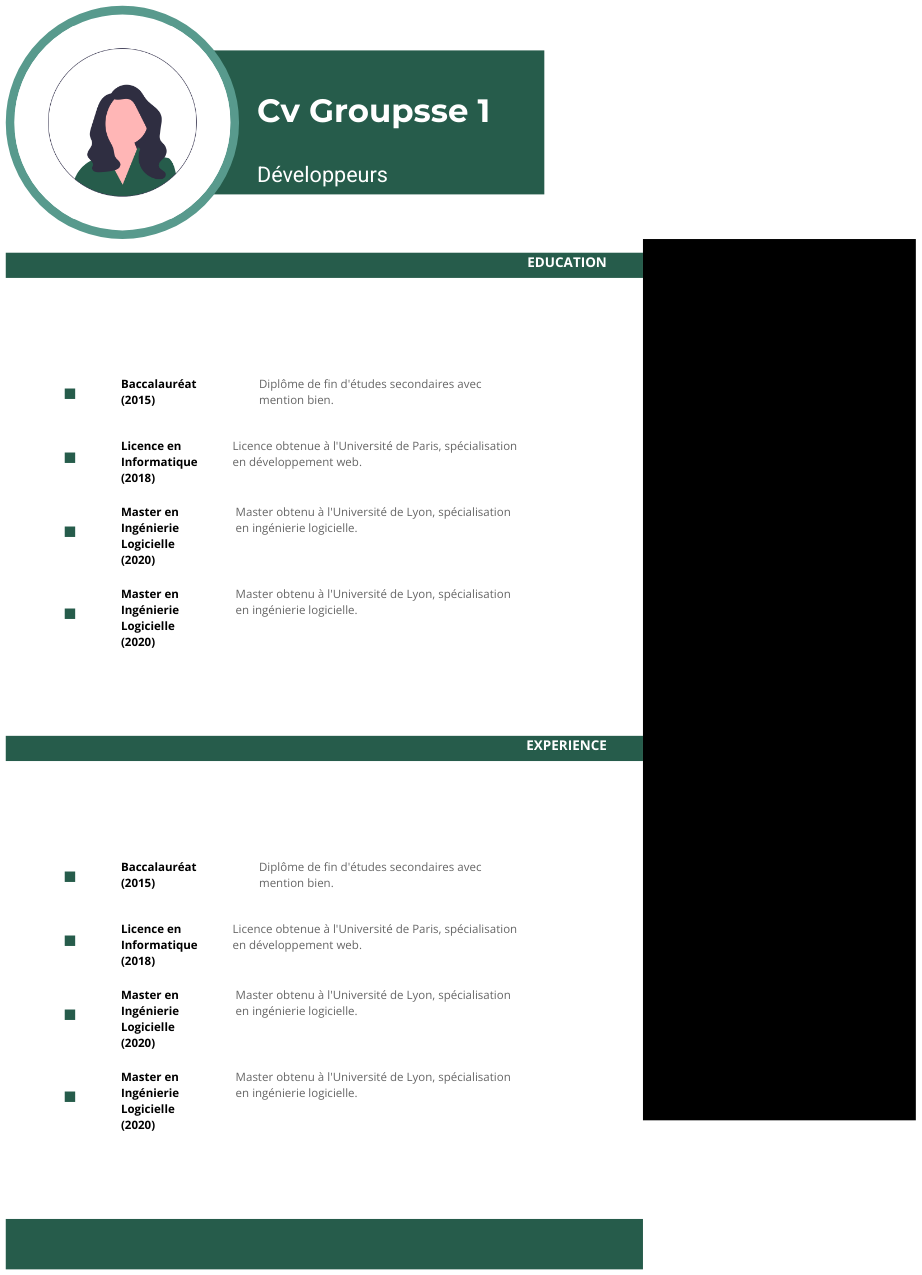
Repository: NdiongueFH/Mon_CV
Page: CV_Groupe1.html
The author's editor kept a copy of each file at every save. The page is drawn from the files as they stood at one save, then again after the next save.
The browser window is 1280 px wide. The pictures show the whole page, at 72% of full size.

Above is the page before, as saved 2024-08-04 17:01:02.

### CV_Groupe1.html
<!DOCTYPE html>
<html lang="fr">
<head>
    <meta charset="UTF-8">
    <meta name="viewport" content="width=device-width, initial-scale=1.0">
    <!--Intégration de police d'écriture via un lien web-->
    <link href="https://fonts.googleapis.com/css2?family=Montserrat:wght@400;700&family=Open+Sans:wght@400;700&family=Roboto:wght@400;500&display=swap" rel="stylesheet">
    <!--Intégration de notre lien CSS-->
    <link rel="stylesheet" href="CV_Groupe1.css">
    <title>MON CV</title>

</head>
<body>
    <!--section principale-->
    <section id="principal">

        <!--Début Partie Ndiawar-->

        <!--la partie profile de notre cv-->
        <section id="profile">
            <!--identité-->
            <div id="identite">
                <!--image-->
                <div class="image">
                    <img id="image_profil" src="./image/profil.png" alt="" sizes="30" srcset="">
                </div>
                <!--fin image-->
                <!--debut nom-->
                <div class="nom">
                    <h1 id="name_cv">Cv Groupsse 1</h1>
                    <span id="function">Développeurs</span>
                </div>
                <!--fin nom-->
            </div>
            <!--fin identité-->
        </section>
        <!--fin de la partie profile-->

        <!--Fin Partie Ndiawar Diop-->


        <!--le debut du corp de notre cv-->
        <section  id="renseignement">
            <!--corp -->
            <div id="corps">
                <!--debut blanc-->
                <div class="blanc">


                    <!--Début Partie Anta Maguette Faye-->


                    <!--education-->
                    <div class="edu_exp">
                        <!--titre education-->
                        <div class="titre_edu_exp">
                            <h1 class="h1_titr">
                                EDUCATION
                            </h1>
                        </div>
                        <!--fin titre education-->
                        <!--parti education-->
                        <div id="info_edu">
                            <ul class="liste-diplomes">
                                <li>
                                    <div class="info">
                                        <span class="diplome">Baccalauréat</span>
                                        <span class="annee">(2015)</span>
                                    </div>
                                    <p class="description">Diplôme de fin d'études secondaires avec mention bien.</p>
                                </li>
                                <li>
                                    <div class="info">
                                        <span class="diplome">Licence en Informatique</span>
                                        <span class="annee">(2018)</span>
                                    </div>
                                    <p class="description">Licence obtenue à l'Université de Paris, spécialisation en développement web.</p>
                                </li>
                                <li>
                                    <div class="info">
                                        <span class="diplome">Master en Ingénierie Logicielle</span>
                                        <span class="annee">(2020)</span>
                                    </div>
                                    <p class="description">Master obtenu à l'Université de Lyon, spécialisation en ingénierie logicielle.</p>
                                </li>
                                <li>
                                    <div class="info">
                                        <span class="diplome">Master en Ingénierie Logicielle</span>
                                        <span class="annee">(2020)</span>
                                    </div>
                                    <p class="description">Master obtenu à l'Université de Lyon, spécialisation en ingénierie logicielle.</p>
                                </li>
                            </ul>
                        </div>
                        <!--fin parti education-->
                    </div>
                    <!--fin education-->


                    <!--Fin Partie Anta Maguette Faye-->

                    <!--Début Partie Fatoumata Hawa Ndiongue-->

                    <!--experience-->
                    <div class="edu_exp" >
                        <!--titre experience-->
                        <div class="titre_edu_exp">
                            <h1 class="h1_titr">
                                EXPERIENCE
                            </h1>
                        </div>
                        <!--fin titre experience-->
                        <!--parti experience-->
                        <div id="info_exp">
                            <ul class="liste-diplomes">
                                <li>
                                    <div class="info">
                                        <span class="diplome">Baccalauréat</span>
                                        <span class="annee">(2015)</span>
                                    </div>
                                    <p class="description">Diplôme de fin d'études secondaires avec mention bien.</p>
                                </li>
                                <li>
                                    <div class="info">
                                        <span class="diplome">Licence en Informatique</span>
                                        <span class="annee">(2018)</span>
                                    </div>
                                    <p class="description">Licence obtenue à l'Université de Paris, spécialisation en développement web.</p>
                                </li>
                                <li>
                                    <div class="info">
                                        <span class="diplome">Master en Ingénierie Logicielle</span>
                                        <span class="annee">(2020)</span>
                                    </div>
                                    <p class="description">Master obtenu à l'Université de Lyon, spécialisation en ingénierie logicielle.</p>
                                </li>
                                <li>
                                    <div class="info">
                                        <span class="diplome">Master en Ingénierie Logicielle</span>
                                        <span class="annee">(2020)</span>
                                    </div>
                                    <p class="description">Master obtenu à l'Université de Lyon, spécialisation en ingénierie logicielle.</p>
                                </li>
                            </ul>
                        </div>
                        <!--fin parti experience-->
                    </div>
                    <!--fin experience-->

                    <!--Début Footer-->
                    <div id="footer">

                    </div>
                    <!--Fin Footer-->

                    <!--Fin Partie Fatoumata Hawa Ndiongue-->

                </div>
                <!--fin blanc-->

                <!--Début Moustapha Dieng-->


                <!--debut noir-->
                <div class="noir">
                    <!--contact-->
                    <div class="contact">
                        <!--titre contact-->
                        <div class="titre_contact_skill">
                            <h1></h1>
                        </div>
                        <!--fin titre contact-->
                        <!-- donnee contact-->
                        <div class="donnees_contact">

                        </div>
                        <!--fin donnee contact-->
                    </div>
                    <!--fin contact-->
                    <!--skill-->
                    <div class="skill">
                        <!--titre skill-->
                        <div class="titre_contact_skill">
                            <h1></h1>
                        </div>
                        <!--fin titre skill-->
                        <!--donné skill-->
                        <div class="donnees_skill"></div>
                        <!--fin donné skill-->
                    </div>
                    <!--fin skill-->
                    <!--resaux socio-->
                    <div id="resaux"></div>
                    <!--fin resaux socio-->
                </div>
                <!--fin noir-->

                <!--Fin Moustapha Dieng-->


            </div>
            <!--fin corp-->

        </section>
        <!--la fin du corp de notre cv-->
    </section>
    <!--Fin section principale-->

</body>
</html>

### CV_Groupe1.css
/*Le pseudo-élément `:root` en CSS permet de définir des variables globales pour un document,
représentant l'élément `<html>`. Utilisé pour centraliser la gestion des styles comme
les couleurs et les polices, il facilite la maintenance du CSS en rendant
les valeurs facilement réutilisables et modifiables dans toute la feuille de style.*/

:root {
    /* Définition des couleurs de base */
    --teal-1: #265C4B; /* Teal foncé */
    --teal-2: #146551; /* Teal moyen foncé */
    --teal-3: #007566; /* Teal vif */
    --teal-4: #589A8D; /* Teal clair */
    --teal-5: #fff; /* Blanc très clair */
    --Noir-6: #000000; /*Noir*/
    --Blanc-7: #ffffff; /*Blanc*/

    /* Utilisation des couleurs pour différents éléments */

    --color-title: var(--teal-1); /* Couleur pour les titres */
    --color-subtitle: var(--teal-3); /* Couleur pour les sous-titres */
    --color-paragraph: var(--teal-2); /* Couleur pour les paragraphes */
    --color-border: var(--teal-4); /* Couleur pour les bordures */
    --color-backgroundFoncé: var(--teal-1); /*Couleur de fond foncée*/
    --color-background: var(--teal-5); /* Couleur de fond général */
    --color-text: var(--Noir-6); /*Couleur pour le texte de fond*/
    --color-white: var(--Blanc-7); /*Couleur blanche pour les texte de fon d'une balise"*/
}

/*Intégration de nos polices d'écritures générales pour notre texte, titre et les sous-titres*/
:root {
    /* Polices */
    --font-title: 'Montserrat', sans-serif;
    --font-text: 'Open Sans', sans-serif;
    --font-subtitle: 'Roboto', sans-serif;

    /* Taille de police standard et poids */
    --font-size-normal: 16px; /* Taille de police standard pour le texte */
    --font-size-title: 28px; /* Taille de police pour les grands titres */
    --font-size-subtitle: 20px; /* Taille de police pour les sous-titres */
    --font-weight-normal: 400; /* Poids normal de la police */
    --font-weight-bold: 700; /* Poids en gras */
    /*Pour le profil la taile du nom et du sous-titre*/
    --font-size-titleProfil: 45px;
    --font-size-subtitleProfil: 30px;
}

/*Initialisation de notre body pour supprimer les marges et choix du type de police pour notre site*/
body {
    color: var(--color-text);
    background-color: var(--color-background);
    font-family: var(--font-text);
    font-size: var(--font-size-normal);
    font-weight: var(--font-weight-normal);
}

/*Partie Ndiawar Diop*/
    /*Début partie profil de Mon_CV*/

/*Div Identité*/
#identite {
    display: flex;
    align-items: center; /* Pour aligner verticalement les éléments à l'intérieur */
    background: none;
}
/*Image*/
.image {
    background-color: var(--color-background);
    border: 12px solid var(--color-border);
    width: 300px;  /* Assurez-vous que le conteneur est carré */
    height: 300px;
    border-radius: 50%;  /* Rend l'image ronde */
    overflow: hidden;  /* Cache les parties de l'image qui débordent */
    z-index: 2; /* Nous Plaçons l'image au-dessus de .nom */
    position: relative; /* Nécessaire pour appliquer z-index */
}

#image_profil {
    width: 100%;
    height: 100%;
    object-fit: contain;  /* Garantit que l'image couvre tout l'espace sans déformation */
}
/*Le nom du profil*/
.nom {
    background-color: var(--color-backgroundFoncé);
    width: 30%;
    height: 200px; /* Aligner la hauteur avec celle de l'image */
    display: flex;
    color: var(--color-white);
    flex-direction: column;
    justify-content: center;
    text-align: left;
    padding: 0 20px 0 75px;
    margin-left: -50px; /* Ajustement pour le chevauchement */
    z-index: 1; /* S'assurer que .nom se superpose à .image */
    position: relative;
}
#name_cv{
    font-family: var(--font-title);
    font-size: var(--font-size-titleProfil);
    font-weight: var(--font-weight-bold);
}
#function {
    font-family: var(--font-subtitle);
    font-size: var(--font-size-subtitleProfil);
    font-weight: var(--font-weight-normal);
}
    /*Fin Partie profil de Mon_Cv*/
/*Fin Partie Ndiawar Diop*/

/*Partie Section 2*/
#corps {
    display: flex;
}
.blanc {
    width: 70%;

}
    /*Partie Anta Maquette Faye
.titre_edu_exp {
}*/
.h1_titr {
    height: 35px;
    padding-right: 50px;
    background-color: var(--color-backgroundFoncé);
    text-align: right;
    color: var(--color-white);

}

    /*Partie Education*/
    #info_edu {
        max-width: 600px;
        margin: 120px;
    }
    #info_exp{
        max-width: 600px;
        margin: 120px;
    }
    .liste-diplomes li {
        display: flex;
        align-items: baseline;
        margin-bottom: 10px;
        position: relative; /* Position relative pour placer les puces */
    }

    .liste-diplomes li::before {
        content: "■"; /* Utiliser un carré comme puce */
        color: #265C4B; /* Teal foncé */
        font-size: 30px;
        position: absolute;
        left: -80px; /* Position de la puce */
        top: 50%;
        transform: translateY(-50%);
    }

    .info {
        width: 200px; /* Largeur fixe pour le diplôme et l'année */
        font-weight: bold;
        display: flex;
        flex-direction: column;
        justify-content: left;
    }

    .diplome {
        margin-right: 10px; /* Espace entre le diplôme et l'année */
    }

    .description {
        margin-left: 15px; /* Espace entre l'info et la description */
        flex-grow: 1; /* Permet à la description de prendre le reste de l'espace */
        color: #666; /* Couleur de texte pour la description */
    }


    /*Footer*/
    #footer {
        height: 10px;
        padding: 30px;
        background-color: var(--color-backgroundFoncé);
    }

    /*Partie Noir*/
    .noir {
        width: 30%;
        background-color: var(--color-text);
        height: 170vh;
    }

After the next save:
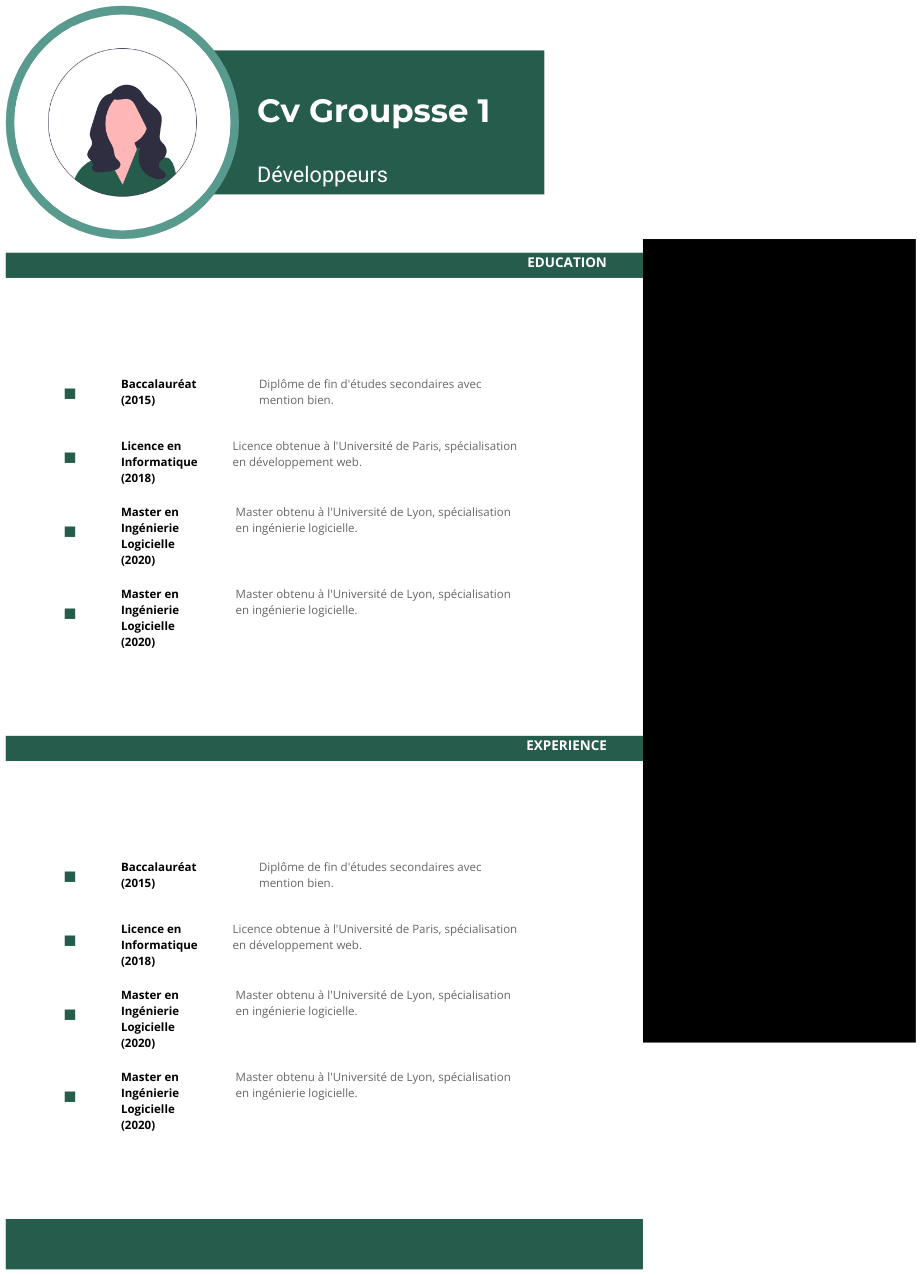
Saved 10 s later.
--- a/CV_Groupe1.css
+++ b/CV_Groupe1.css
@@ -182,5 +182,5 @@ body {
     .noir {
         width: 30%;
         background-color: var(--color-text);
-        height: 170vh;
+        height: 155vh;
     }
